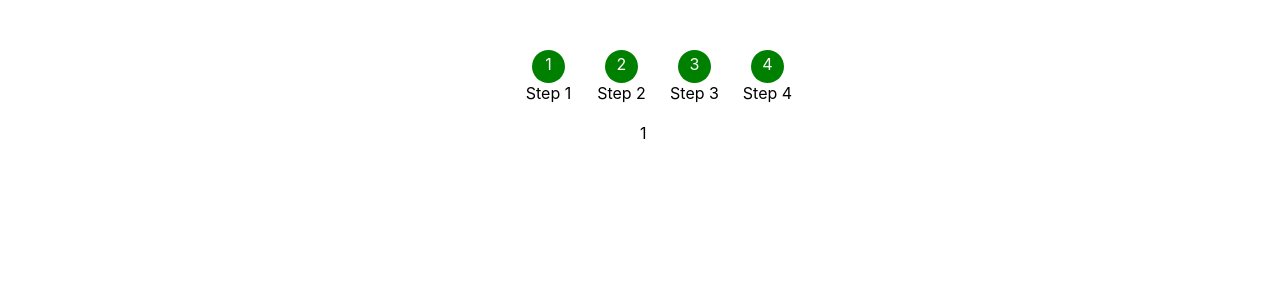
Repository: SD-Mdouka/project_step
Page: /
An editor plug-in stored every save of this project. The page is shown before and after a run of saves, followed by the edit.
The browser window is 1280 px wide. The pictures show the whole page.
The project was rebuilt for these pictures with package versions that can differ from the ones it lists, and the page was loaded fresh each time.

Above is the page before, as saved 2022-09-05 12:34:06.

### src/index.js
import React from "react";
import ReactDOM from "react-dom/client";
import "./index.css";
import App from "./Steps";
// import { AppBar, Toolbar, Typography } from "@material-ui/core";

const root = ReactDOM.createRoot(document.getElementById("root"));
root.render(
  <React.StrictMode>
    {/* <AppBar>
      <Toolbar>
        <Typography varient="h6">React app</Typography>
      </Toolbar>
    </AppBar> */}
    <App />
  </React.StrictMode>
);

### src/index.css
body {
    margin: 0;
    font-family: -apple-system, BlinkMacSystemFont, "Segoe UI", "Roboto", "Oxygen", "Ubuntu", "Cantarell", "Fira Sans", "Droid Sans", "Helvetica Neue", sans-serif;
    -webkit-font-smoothing: antialiased;
    -moz-osx-font-smoothing: grayscale;
}

code {
    font-family: source-code-pro, Menlo, Monaco, Consolas, "Courier New", monospace;
}

.App-Project {
    margin-top: 50px;
    margin-inline: 40% !important;
}

.cirecle {
    width: 29px;
    height: 29px;
    line-height: 25px;
    background-color: green;
    color: white;
    border-radius: 50%;
    -webkit-border-radius: 50%;
    -moz-border-radius: 50%;
    -ms-border-radius: 50%;
    -o-border-radius: 50%;
    border: 2px solid transparent;
    text-align: center;
}

.stepsWrapp {
    display: flex;
    margin-bottom: 20px;
    text-align: center;
}

.stepeBlock .circleWrapper {
    padding: 0px 20px;
}

.pages {
    margin: 0 50%;
}

### src/Steps/index.js
import Step from "./Step";
import React, { useState } from "react";

function App() {
  const labelArray = ["Step 1", "Step 2", "Step 3", "Step 4"];
  const [currentSteps, setCurrentSteps] = useState(1);
  return (
    <div className="App-Project">
      <Step labelArray={labelArray} currentSteps={currentSteps}></Step>
      <p className="pages">{currentSteps}</p>
    </div>
  );
}

export default App;

### src/Steps/Step/index.js
import React, { useState } from "react";
import NavStep from "./NavStep";

const Step = (props) => {
  return (
    <div className="stepsWrapp">
      {props.labelArray.map((item, index) => (
        <NavStep key={index} index={index} label={item}></NavStep>
      ))}
    </div>
  );
};
export default Step;

### src/Steps/Step/NavStep/index.js
import React from "react";

const NavStep = (props) => {
  return (
    <div className="stepeBlock">
      <div className="circleWrapper">
        <div className="cirecle">{props.index + 1}</div>
      </div>
      <span>{props.label}</span>
    </div>
  );
};
export default NavStep;

Loaded but not shown: public/index.html (common file)

After the next 3 saves:
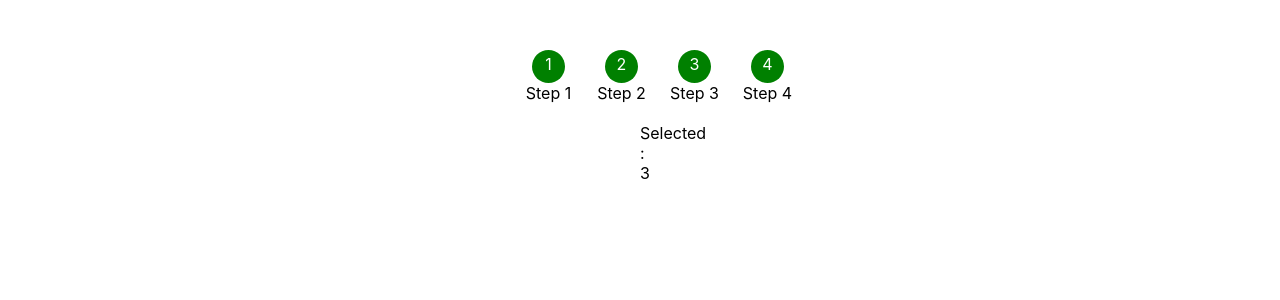
The 3 saves are shown as one change because 2 did not build or start.
The last was saved 11 min 35 s later.
--- a/src/Steps/index.js
+++ b/src/Steps/index.js
@@ -4,10 +4,17 @@ import React, { useState } from "react";
 function App() {
   const labelArray = ["Step 1", "Step 2", "Step 3", "Step 4"];
   const [currentSteps, setCurrentSteps] = useState(1);
+  function updateStep(step) {
+    setCurrentSteps(step);
+  }
   return (
     <div className="App-Project">
-      <Step labelArray={labelArray} currentSteps={currentSteps}></Step>
-      <p className="pages">{currentSteps}</p>
+      <Step
+        labelArray={labelArray}
+        currentSteps={currentSteps}
+        updateStep={updateStep}
+      ></Step>
+      <p className="pages"> Selected : {currentSteps}</p>
     </div>
   );
 }
--- a/src/Steps/Step/index.js
+++ b/src/Steps/Step/index.js
@@ -5,7 +5,12 @@ const Step = (props) => {
   return (
     <div className="stepsWrapp">
       {props.labelArray.map((item, index) => (
-        <NavStep key={index} index={index} label={item}></NavStep>
+        <NavStep
+          key={index}
+          index={index}
+          label={item}
+          updateStep={props.updateStep}
+        ></NavStep>
       ))}
     </div>
   );
--- a/src/Steps/Step/NavStep/index.js
+++ b/src/Steps/Step/NavStep/index.js
@@ -3,7 +3,7 @@ import React from "react";
 const NavStep = (props) => {
   return (
     <div className="stepeBlock">
-      <div className="circleWrapper">
+      <div className="circleWrapper" onClick={props.updateStep(props.index)}>
         <div className="cirecle">{props.index + 1}</div>
       </div>
       <span>{props.label}</span>
